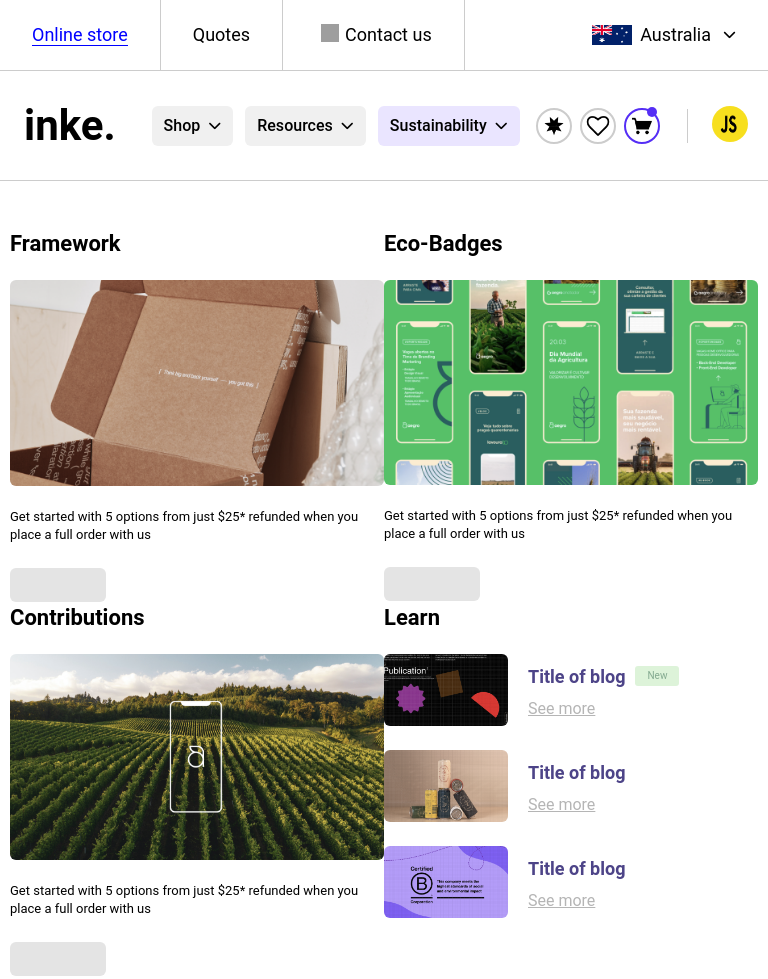
Repository: NguyenMinhKhanhB1909929/Practice_HTML-01
Page: index.html
These files come from the project's save history. The page is drawn as it stood at one moment and after the next save; the edit follows.
The browser window is 768 px wide. The pictures show the whole page.
Pictures or frames that could not be fetched are drawn as grey boxes. Some web libraries are served in a nearby version.

Above is the page before, as saved 2022-04-07 18:55:21.

### index.html
<!DOCTYPE html>
<html lang="en">
  <head>
    <meta charset="UTF-8" />
    <meta http-equiv="X-UA-Compatible" content="IE=edge" />
    <meta name="viewport" content="width=device-width, initial-scale=1.0" />
    <title>Practice 1</title>
    <link rel="stylesheet" href="./asset/style/style.css" />
    <link
      rel="stylesheet"
      href="https://cdnjs.cloudflare.com/ajax/libs/font-awesome/6.1.1/css/all.min.css"
    />
  </head>
  <body>
    <div class="main">
      <header class="header">
        <div class="header__about">
          <div class="header__about-text">
            <a href="" class="active">Online store</a>
          </div>
          <div class="header__about-text">
            <a href="">Quotes</a>
          </div>
          <div class="header__about-text">
            <img
              src="https://emojipedia-us.s3.dualstack.us-west-1.amazonaws.com/thumbs/120/google/313/waving-hand_1f44b.png"
              alt=""
              class="header__about-text__img"
            />
            <p class="m-0">
              <a href="">Contact us</a>
            </p>
          </div>
        </div>
        <div class="header__nation">
          <div class="header__nation-wrap">
            <div class="header__nation-flag">
              <img
                src="./asset/img/Australia.svg.webp"
                alt="abc"
                class="header__nation-flag-img"
              />
            </div>
            <div class="header__nation-name">
              <p class="m-0">Australia</p>
            </div>
            <div class="header__nation-icon">
              <i class="fa-solid fa-chevron-down"></i>
            </div>
          </div>
        </div>
      </header>
      <nav class="nav">
        <div class="nav__category">
          <div class="nav__logo">
            <a href="" class="nav__logo-link">inke.</a>
          </div>

          <div class="nav__category-opt">
            <p class="nav__category-opt-name">Shop</p>
            <div class="nav__category-opt-icon">
              <i class="fa-solid fa-chevron-down"></i>
            </div>
          </div>

          <div class="nav__category-opt">
            <p class="nav__category-opt-name">Resources</p>
            <div class="nav__category-opt-icon">
              <i class="fa-solid fa-chevron-down"></i>
            </div>
          </div>
          <div class="nav__category-opt active-btn">
            <p class="nav__category-opt-name">Sustainability</p>
            <div class="nav__category-opt-icon">
              <i class="fa-solid fa-chevron-down"></i>
            </div>
          </div>
        </div>
        <div class="nav__wrap">
          <div class="nav__icon-wrap">
            <div class="nav__icon">
              <img
                src="./asset/img/seven-pointed-star-vector-icon-seven-pointed-star-icon-vector-seven-pointed-star-icon-seven-pointed-star-vector-icon-96183751.jpg"
                alt=""
                class="nav__icon-img"
              />
            </div>
            <div class="nav__icon">
              <img
                src="./asset/img/heart-icon-free-vector.jpg"
                alt=""
                class="nav__icon-img"
              />
            </div>
            <div class="nav__icon active-icon">
              <img
                src="./asset/img/cart-icon-20.jpg"
                alt=""
                class="nav__icon-img"
              />
            </div>
          </div>
          <div class="nav__dash-wrap">
            <div class="nav__das-group">
              <p class="m-0 nav__das-text">Dashboard</p>
              <div class="nav__dash-icon">
                <i class="fa-solid fa-chevron-down"></i>
              </div>
            </div>
            <div class="nav__dash-user">
              <img
                src="./asset/img/images.png"
                alt=""
                class="nav__dash-user-img"
              />
            </div>
          </div>
        </div>
      </nav>
      <div class="container">
        <div class="row">
          <div class="col">
            <div class="container__heading">
              <p class="m-0 container__heading-name">Framework</p>
            </div>
            <div class="container__content">
              <img
                src="./asset/img/image 1.PNG"
                alt=""
                class="container__content-img"
              />
              <p class="container__content-desc">
                Get started with 5 options from just $25* refunded when you
                place a full order with us
              </p>
            </div>
            <button class="btn"></button>
          </div>
          <div class="col">
            <div class="container__heading">
              <p class="m-0 container__heading-name">Eco-Badges</p>
            </div>
            <div class="container__content">
              <img
                src="./asset/img/image2.PNG"
                alt=""
                class="container__content-img"
              />
              <p class="container__content-desc">
                Get started with 5 options from just $25* refunded when you
                place a full order with us
              </p>
            </div>
            <button class="btn"></button>
          </div>
          <div class="col">
            <div class="container__heading">
              <p class="m-0 container__heading-name">Contributions</p>
            </div>
            <div class="container__content">
              <img
                src="./asset/img/image3.PNG"
                alt=""
                class="container__content-img"
              />
              <p class="container__content-desc">
                Get started with 5 options from just $25* refunded when you
                place a full order with us
              </p>
            </div>
            <button class="btn"></button>
          </div>
          <div class="col">
            <div class="container__heading">
              <p class="m-0 container__heading-name">Learn</p>
            </div>
            <div class="container__content">
              <div class="container__content-group">
                <div class="container__content-group-img">
                  <img
                    src="./asset/img/image4.PNG"
                    alt=""
                    class="content-img"
                  />
                </div>
                <div class="container__content-group-title-more">
                  <div class="container__content-title-group">
                    <p class="container__content-title">Title of blog</p>
                    <a class="container__content-title-btn">New</a>
                  </div>
                  <a href="" class="container__content-more">See more</a>
                </div>
              </div>
              <div class="container__content-group">
                <div class="container__content-group-img">
                  <img
                    src="./asset/img/image6.PNG"
                    alt=""
                    class="content-img"
                  />
                </div>
                <div class="container__content-group-title-more">
                  <p class="container__content-title">Title of blog</p>
                  <a href="" class="container__content-more">See more</a>
                </div>
              </div>
              <div class="container__content-group">
                <div class="container__content-group-img">
                  <img
                    src="./asset/img/image7.PNG"
                    alt=""
                    class="content-img"
                  />
                </div>
                <div class="container__content-group-title-more">
                  <p class="container__content-title">Title of blog</p>
                  <a href="" class="container__content-more">See more</a>
                </div>
              </div>
            </div>
          </div>
        </div>
      </div>
    </div>
  </body>
</html>

### asset/style/style.css
* {
  box-sizing: border-box;
  margin: 0;
  font-family: "Roboto", sans-serif;
}
.m-0 {
  margin: 0;
}
.main {
}
.header {
  padding: 0 30px;
  display: flex;
  font-size: 18px;
  justify-content: space-between;
  border-bottom: 1px solid #ccc;
}
.header__about {
  display: flex;
}
.header__about-text {
  padding: 24px 32px;
  display: flex;
  border-right: 1px solid #ccc;
}
.header__about-text:hover a {
  color: blue;
  cursor: pointer;
}
.header__about-text__img {
  width: 18px;
  height: 18px;
  display: flex;
  align-items: center;
  margin: 0 6px;
}
.header__nation-wrap {
  display: flex;
}
.header__nation-flag {
  display: flex;
  align-items: center;
}
.header__nation-flag-img {
  width: 40px;
}
.header__nation-name {
  padding: 24px 8px;
}
.header__nation-icon {
  display: flex;
  align-items: center;
  margin: 0 32px 0 4px;
  font-size: 13px;
}
.active {
  color: blue;
  border-bottom: 1px solid blue;
}
a {
  text-decoration: none;
  color: #000;
}

.nav {
  padding: 30px 62px;
  display: flex;
  font-size: 18px;
  justify-content: space-between;
  align-items: center;
  border-bottom: 1px solid #ccc;
}
.nav__category {
  display: flex;
  align-items: center;
}
.nav__logo {
  padding: 0 24px;
}
.nav__logo-link {
  font-size: 42px;
  font-weight: bold;
}
.nav__wrap {
  display: flex;
  align-items: center;
}
.nav__icon-wrap {
  display: flex;
  padding-right: 20px;
  position: relative;
  align-items: center;
  position: relative;
}

.nav__icon {
  width: 36px;
  height: 36px;
  border-radius: 100rem;
  border: 2px solid #ccc;
  display: flex;
  justify-content: center;
  align-items: center;
  margin-right: 8px;
}
.active-icon {
  border: 2px solid #552ef5;
  position: relative;
}
.active-icon::after {
  content: "";
  display: block;
  width: 10px;
  height: 10px;
  background-color: #552ef5;
  position: absolute;
  border-radius: 100rem;
  top: -3px;
  right: 1px;
}
.nav__icon-wrap::after {
  content: "";
  position: absolute;
  display: block;
  height: 34px;
  width: 1px;
  background-color: #ccc;
  right: 0;
  top: 50%;
  transform: translateY(-50%);
}
.nav__dash-wrap {
  display: flex;
  align-items: center;
}
.nav__das-text {
  margin-left: 28px;
}
.nav__dash-icon {
  font-size: 13px;
  margin: 0 12px;
}

.nav__category-opt {
  width: 140px;
  height: 40px;
  border-radius: 6px;
  border: none;
  background-color: #f0f0f0;
  margin-left: 12px;
  padding: 0 12px;
  display: flex;
  align-items: center;
  justify-content: space-between;
  font-size: 16px;
  font-weight: 500;
}
.nav__category-opt:hover {
  background-color: #eae5ff;
}
.nav__category-opt-icon {
  font-size: 13px;
  font-weight: bold;
}
.nav__dash-user {
  margin-left: 8px;
}
.nav__dash-user-img {
  width: 36px;
  border-radius: 100rem;
  height: 36px;
}
.nav__icon-img {
  width: 28px;
  height: 28px;
  border-radius: 100rem;
}
.active-btn {
  background-color: #eae5ff;
}
.container {
  margin: 0 120px;
  padding: 50px 0 0 0;
}
.row {
  display: flex;
}
.col {
  width: 25%;
  padding: 0 12px;
}
.container__heading {
}

.container__heading-name {
  font-size: 22px;
  font-weight: 600;
}
.container__content {
  margin-top: 24px;
}
.container__content-img {
  width: 100%;
  border-radius: 6px;
  margin-bottom: 18px;
}
.container__content-desc {
  font-size: 13px;
  line-height: 18px;
}
.btn {
  height: 34px;
  width: 96px;
  background-color: #e4e4e4;
  border: none;
  border-radius: 6px;
  margin-top: 24px;
}
.container__content-group {
  display: flex;
  margin-bottom: 20px;
}
.container__content-group-img {
  margin-right: 20px;
}
.content-img {
  height: 72px;
  width: 124px;
  border-radius: 6px;
}
.container__content-group-title-more {
  display: flex;
  flex-direction: column;
  justify-content: space-evenly;
}
.container__content-title-group {
  display: flex;
}
.container__content-title {
  font-size: 18px;
  font-weight: 600;
  color: #4d4488;
  margin-right: 10px;
}
.container__content-title-btn {
  font-size: 10px;
  background-color: #ddf3d9;
  width: 44px;
  height: 20px;
  border-radius: 3px;
  text-align: center;
  line-height: 20px;
  color: #84aa90;
}
.container__content-more {
  font-size: 16px;
  color: #b5b5b5;
  text-decoration: underline;
}
.nav__das-group {
  display: flex;
  align-items: center;
}

/* ---------------------Responsive------------------- */
/* PC */
@media screen and (min-width: 64em) {
  * {
    color: blue;
  }
}
/* Tablet */
@media screen and (min-width: 46.25em) and (max-width: 63.9375em) {
  /* Header */
  .header {
    padding: 0;
  }
  /* Nav */
  .nav {
    padding-left: 0;
    padding-right: 0;
  }
  .nav__das-group {
    display: none;
  }
  .nav__category-opt {
    width: auto;
  }
  .nav__category-opt-name {
    margin-right: 8px;
  }
  .nav__dash-user {
    margin-left: 24px;
    margin-right: 20px;
  }
  /* Container */
  .container {
    margin: 0 10px;
  }
  .row {
    flex-wrap: wrap;
  }
  .col {
    width: 50%;
    padding: 0;
  }
}

/* Mobile */
@media screen and (max-width: 46.1875em) {
  * {
    color: red;
  }
}

After the next save:
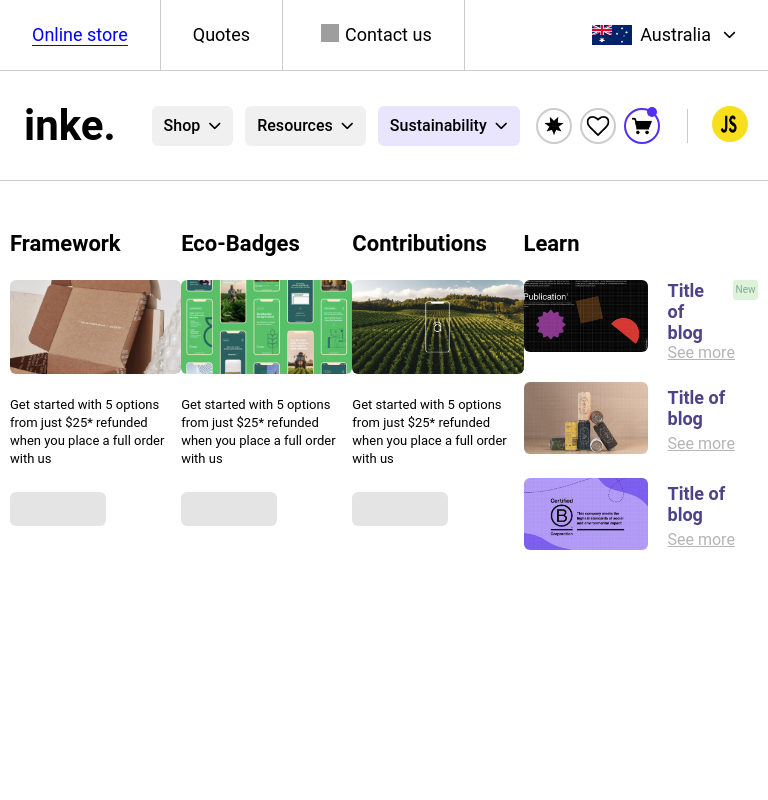
Saved 24 s later.
--- a/asset/style/style.css
+++ b/asset/style/style.css
@@ -297,9 +297,9 @@ a {
   .container {
     margin: 0 10px;
   }
-  .row {
+  /* .row {
     flex-wrap: wrap;
-  }
+  } */
   .col {
     width: 50%;
     padding: 0;
